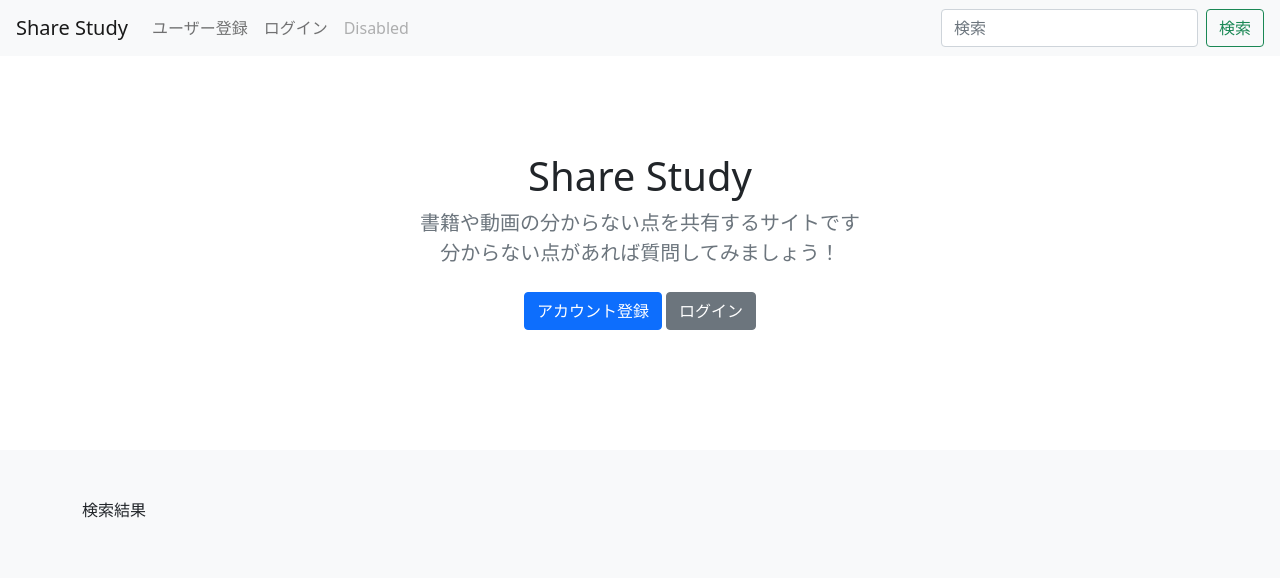
Repository: XXmoi10XX/StudyShareTest1
Page: http://localhost/search
These files come from the project's save history. The page is drawn as it stood at one moment and after the next save; the edit follows.
The browser window is 1280 px wide. The pictures show the whole page.
Some web libraries are served in a nearby version. The page is served by the project's Laravel application, run on PHP 8.4 with Laravel 8. Queries for data that is not in the repository find no rows.

Above is the page before, as saved 2021-03-25 01:11:50.

After the next save:
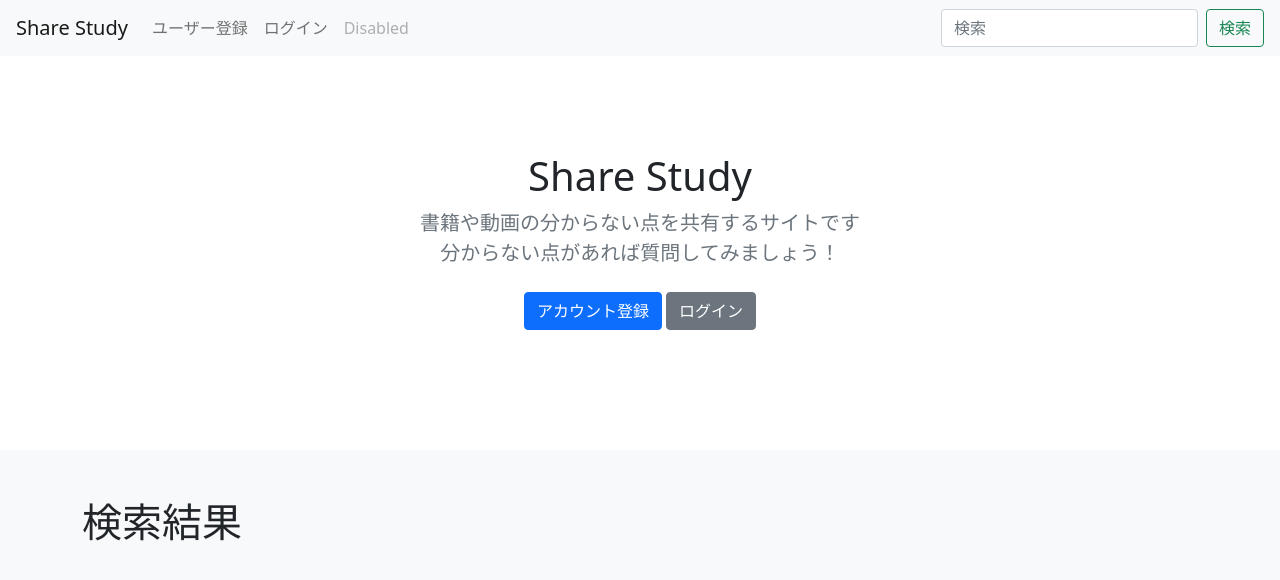
Saved 21 s later.
--- a/app/resources/views/search.blade.php
+++ b/app/resources/views/search.blade.php
@@ -48,7 +48,7 @@
 
         <div class="album py-5 bg-light">
             <div class="container">
-                <p>検索結果</p>
+                <h1>検索結果</h1>
 
                 <div class="row row-cols-2 row-cols-sm-2 row-cols-md-3 g-2">
                     @foreach($books as $book)
